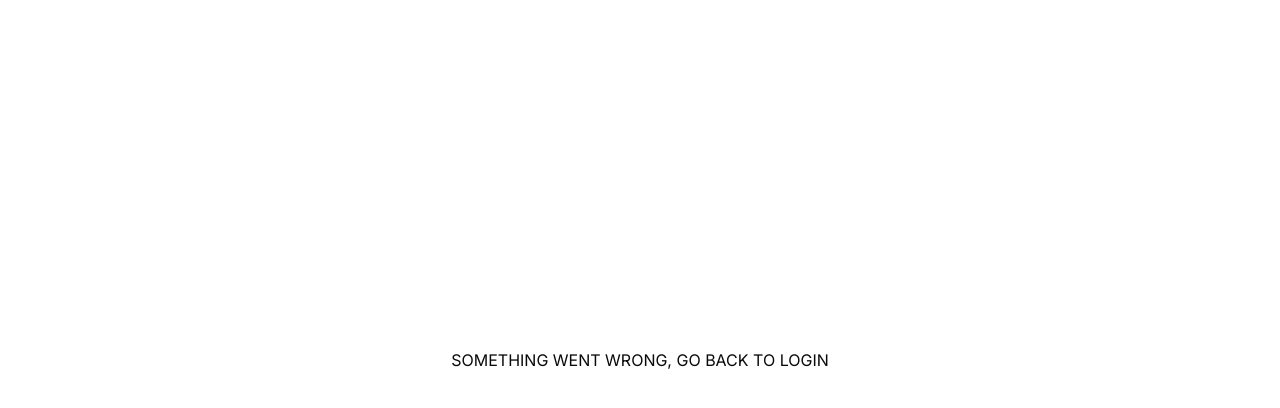
Repository: nickgoel31/authentication-toolkit
Page: /auth/error
The author's editor kept a copy of each file at every save. The page is drawn from the files as they stood at one save, then again after the next save.
The browser window is 1280 px wide. The pictures show the whole page.
The project was rebuilt for these pictures with package versions that can differ from the ones it lists, and the page was loaded fresh each time. The framework's server and built-in components were replaced by stand-ins that run in the browser. Also part of the build but not shown: next.config.mjs.

Above is the page before, as saved 2024-02-05 00:40:57.

After the next save:
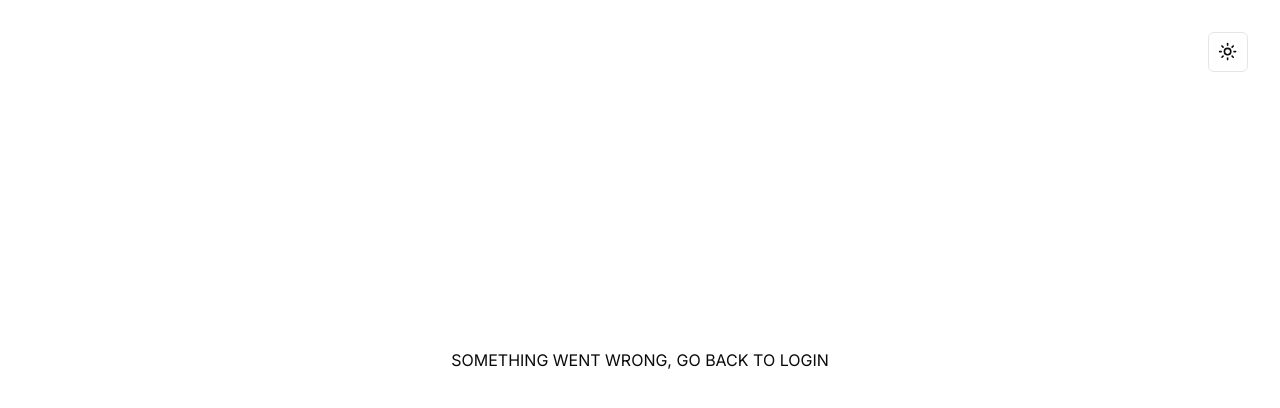
Saved 27 s later.
--- a/app/(auth)/layout.tsx
+++ b/app/(auth)/layout.tsx
@@ -1,8 +1,12 @@
+import { ModeToggle } from '@/components/mode-toggle'
 import React from 'react'
 
 const AuthLayout = ({children} : {children:React.ReactNode}) => {
   return (
-    <div className='h-full flex flex-col items-center justify-center'>
+    <div className='h-full flex flex-col items-center justify-center relative'>
+      <div className="absolute top-8 right-8">
+            <ModeToggle />
+          </div>
         {children}
     </div>
   )
